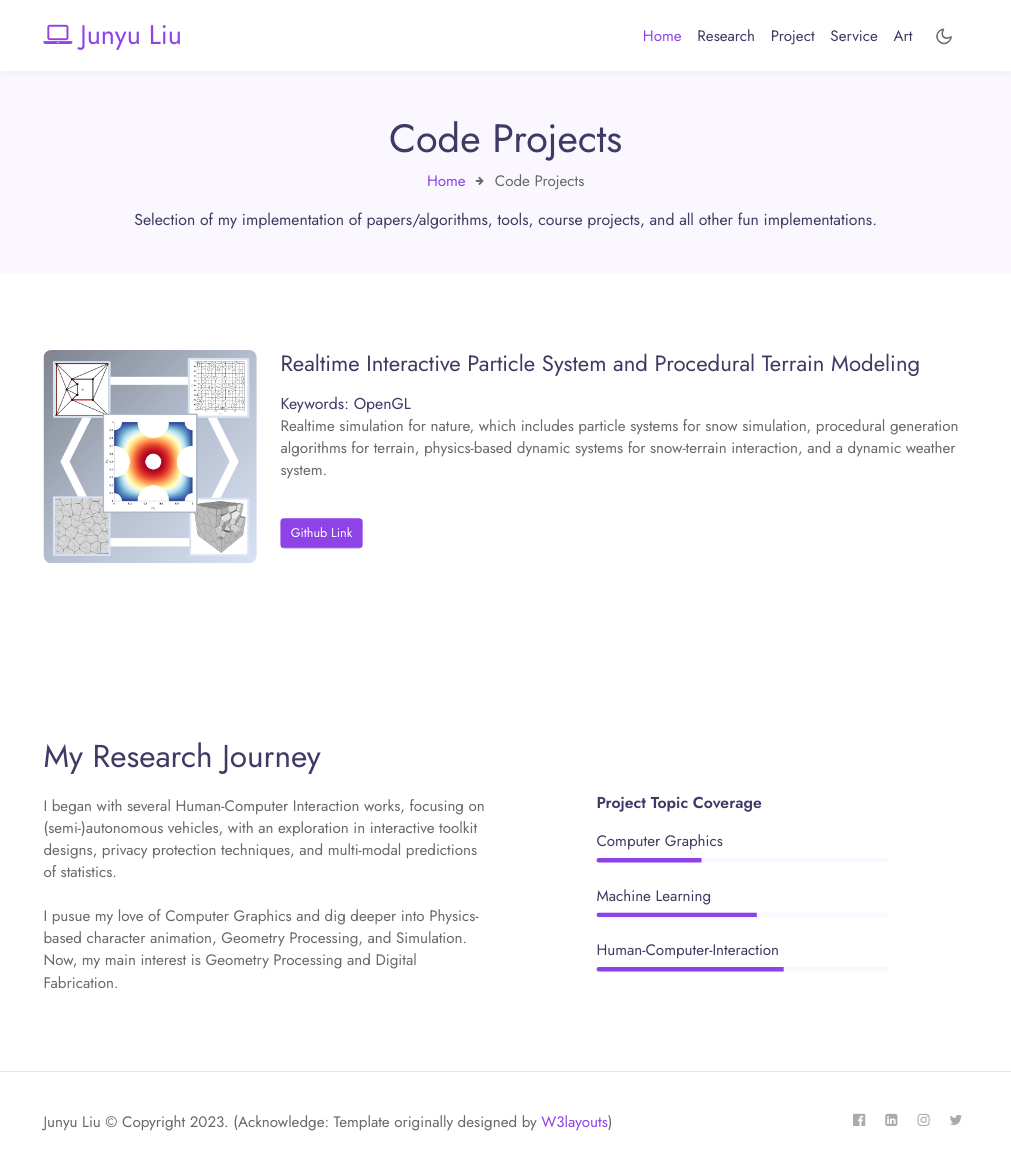
Repository: Junyu-Liu-Nate/junyu-liu-nate.github.io
Page: project.html
These files come from the project's save history. The page is drawn as it stood at one moment and after the next save; the edit follows.
The browser window is 1280 px wide. The pictures show the whole page, at 79% of full size.

Above is the page before, as saved 2024-04-10 18:06:50.
Console error: TypeError: Cannot read properties of null (reading 'classList')

After the next save:
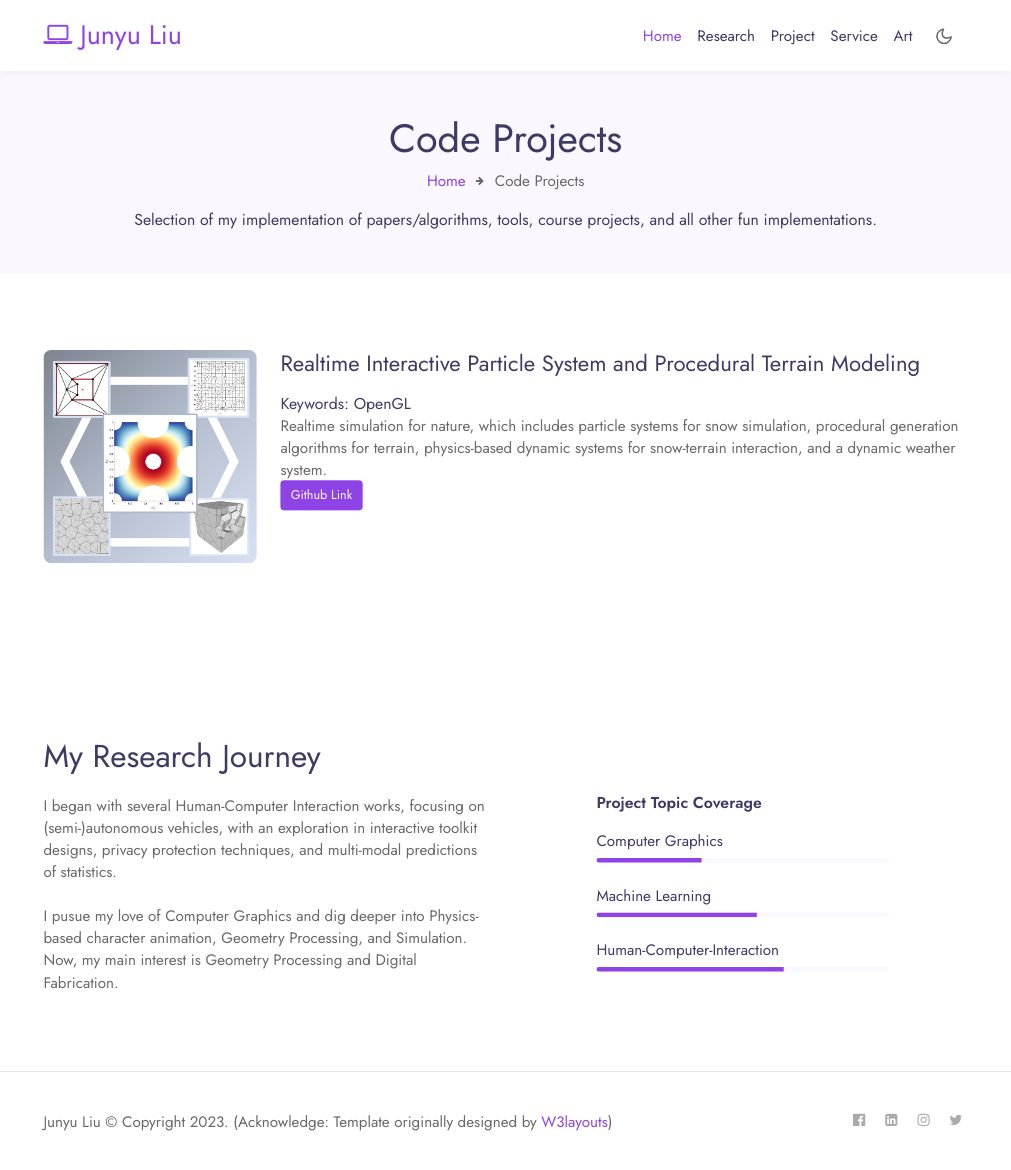
Saved 9 s later.
--- a/project.html
+++ b/project.html
@@ -122,7 +122,7 @@ Author URL: http://w3layouts.com
                           <p>Geometry Processing, Simulation</p>
                         </div>
                     </div> -->
-                    <div class="mt-sm-5 mt-4">
+                    <div>
                       <a href="https://github.com/Junyu-Liu-Nate/Realtime-Interactive-Particle-System-Procedural-Modeling-OpenGL" class="btn btn-primary">Github Link</a>
                       <!-- <a href="https://youtu.be/e83U_-0MTHk" class="btn btn-primary">Video</a> -->
                       <!-- <a href="#download" class="btn btn-primary">Paper</a> -->
